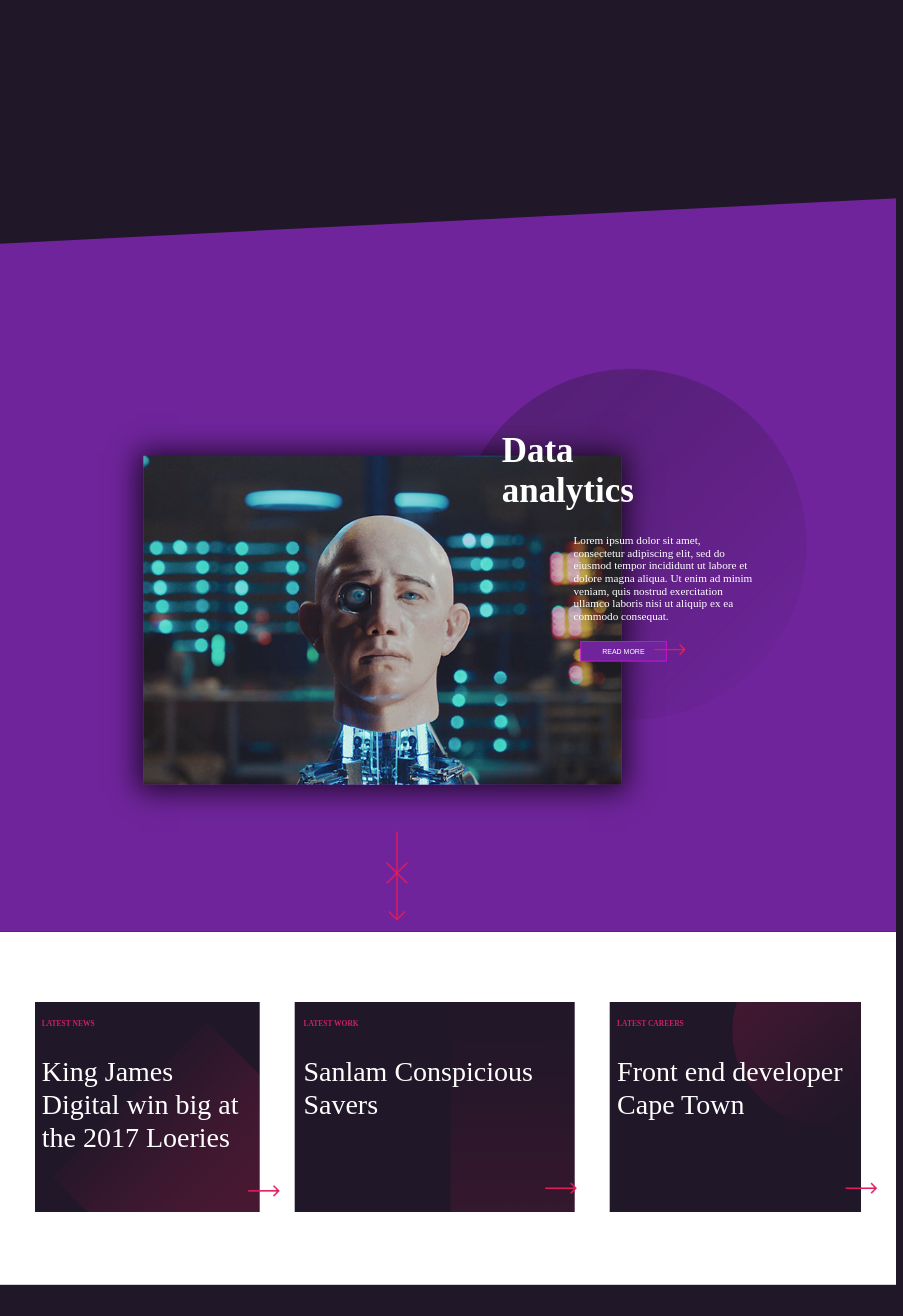
Repository: Ajtheult/King-James-Site
Page: index.html
An editor plug-in stored every save of this project. The page is shown before and after the next save, followed by the edit.
The browser window is 1280 px wide. The page is 1290 px wide, so the pictures cover 1290 px, including what lies to the right of the window. The pictures show the part of the page from y = 1979 to 3859 px (the page is 3859 px tall), at 70% of full size.
Some web fonts or font styles are not loaded; a fallback is used. The style sheet was rebuilt from its Sass, Less or Tailwind sources for each picture, by a compiler version that may differ from the author's.

Above is the page before, as saved 2020-08-21 14:45:22.

After the next save:
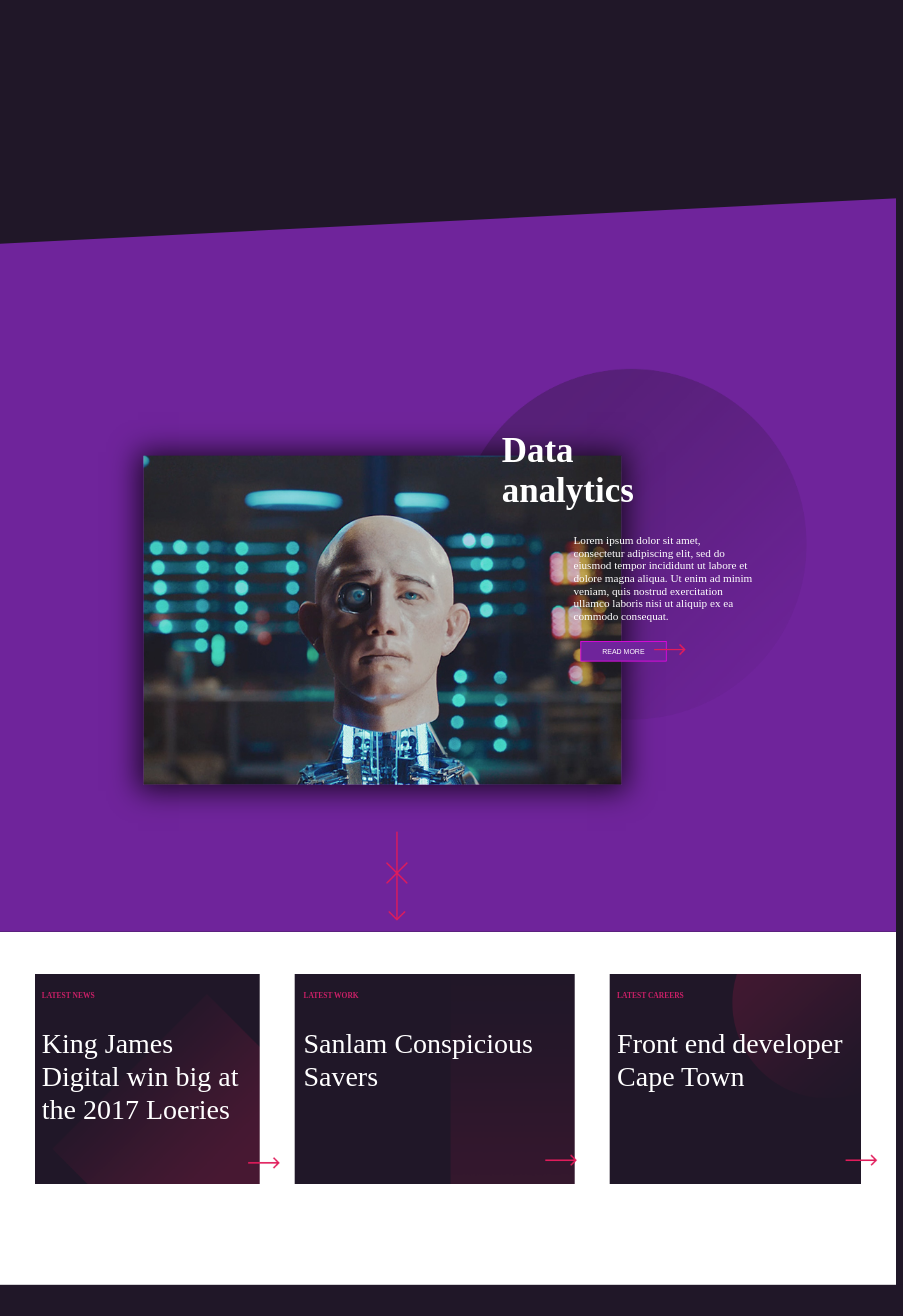
Saved 23 s later.
--- a/styling/index.scss
+++ b/styling/index.scss
@@ -169,7 +169,7 @@
     display: grid;
     grid-column-gap: 50px;
     grid-template-columns: auto auto auto;
-    padding-top: 100px;
+    padding-top: 60px;
     padding-left: 50px;
     padding-right: 50px;
     .grid-item {

After the save that followed:
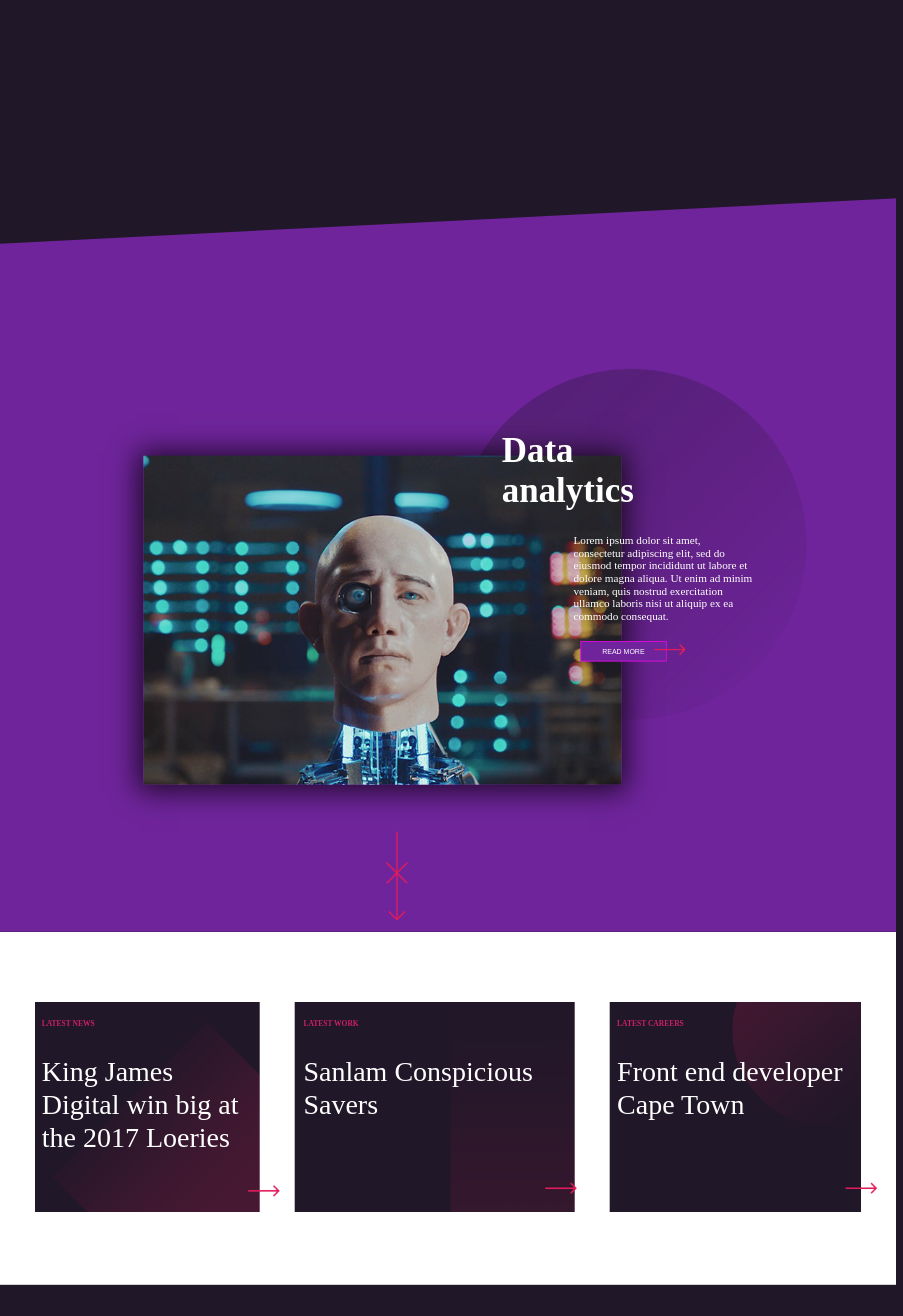
Saved 8 s later.
--- a/styling/index.scss
+++ b/styling/index.scss
@@ -169,7 +169,7 @@
     display: grid;
     grid-column-gap: 50px;
     grid-template-columns: auto auto auto;
-    padding-top: 60px;
+    padding-top: 100px;
     padding-left: 50px;
     padding-right: 50px;
     .grid-item {
